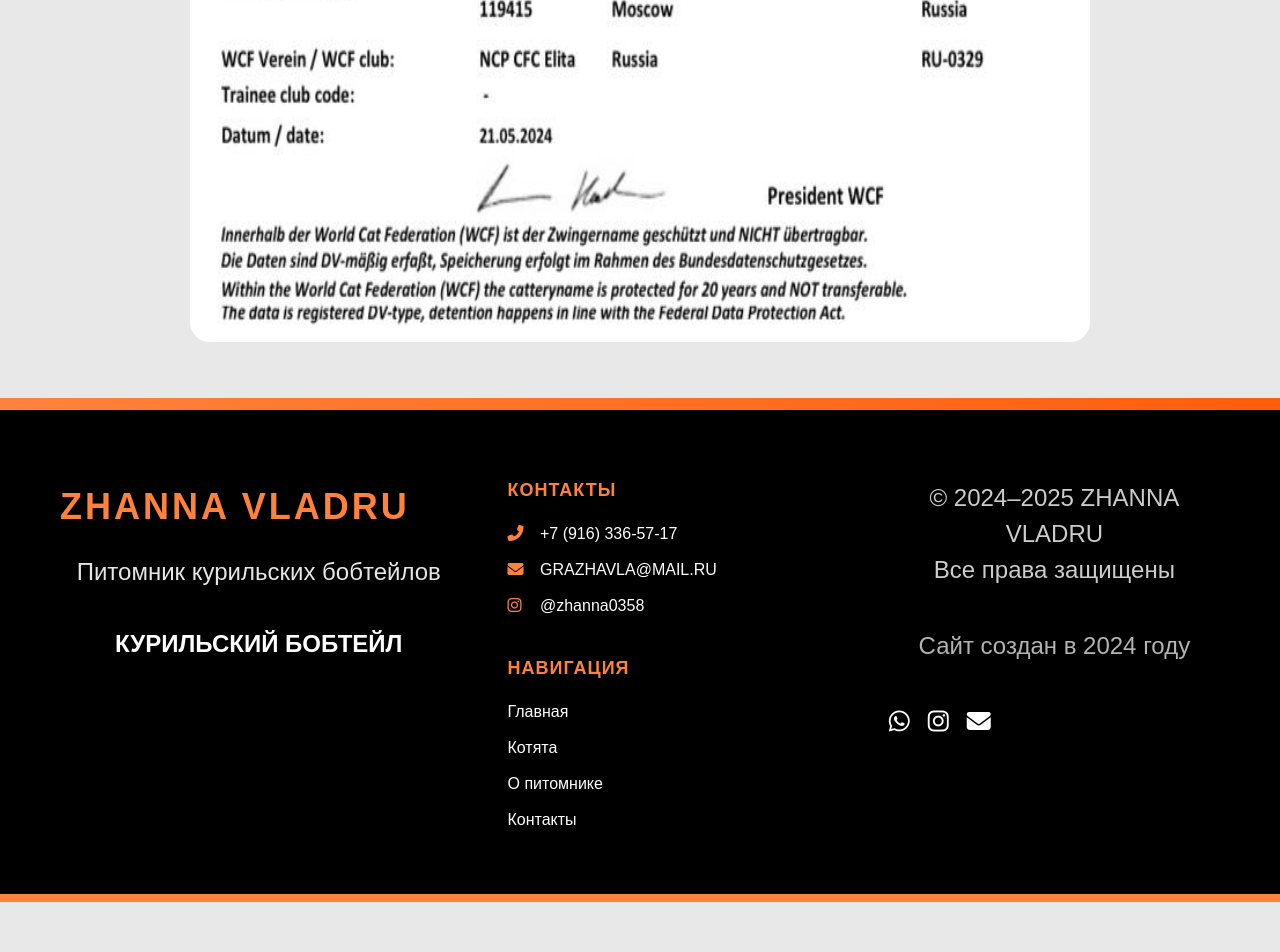
Repository: uliana007/Kuril-bobtails
Page: pages/benefits.html
The author's editor kept a copy of each file at every save. The page is drawn from the files as they stood at one save, then again after the next save.
The browser window is 1280 px wide. The pictures show the part of the page from y = 707 to 1659 px (the page is 1659 px tall).
A picture or video elsewhere on the page could not be fetched, so the positions and the page height are approximate.

Above is the page before, as saved 2025-11-27 18:39:42.
Console error: TypeError: Cannot read properties of null (reading 'addEventListener')

After the next save:
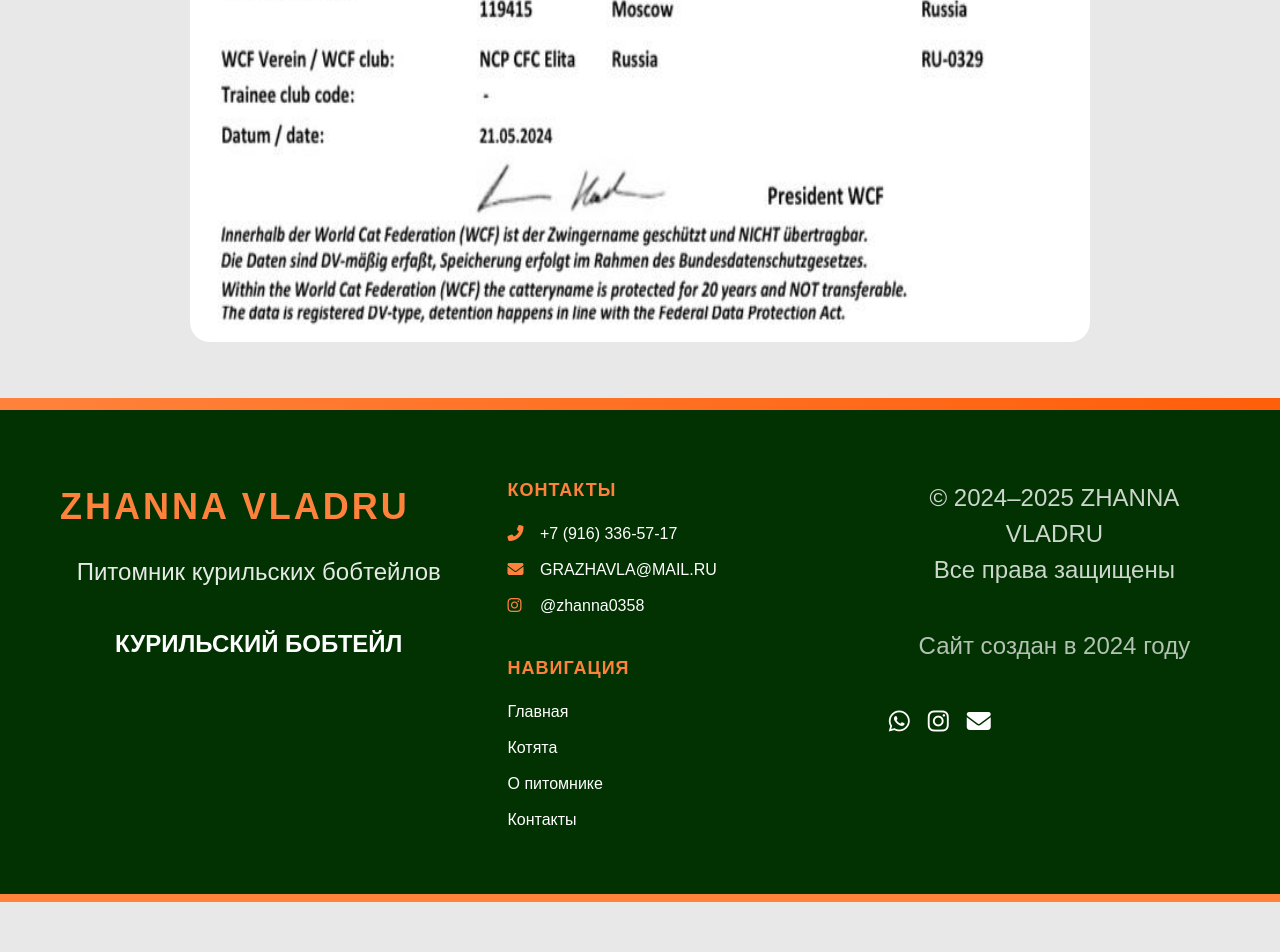
Saved 54 s later.
--- a/style/footer.css
+++ b/style/footer.css
@@ -3,7 +3,7 @@
     margin-top: 0;
     font-family: 'Arial', sans-serif;
     color: #fff;
-    background-color: #000;
+    background-color:  #023202;
     overflow: hidden;
 }
 
